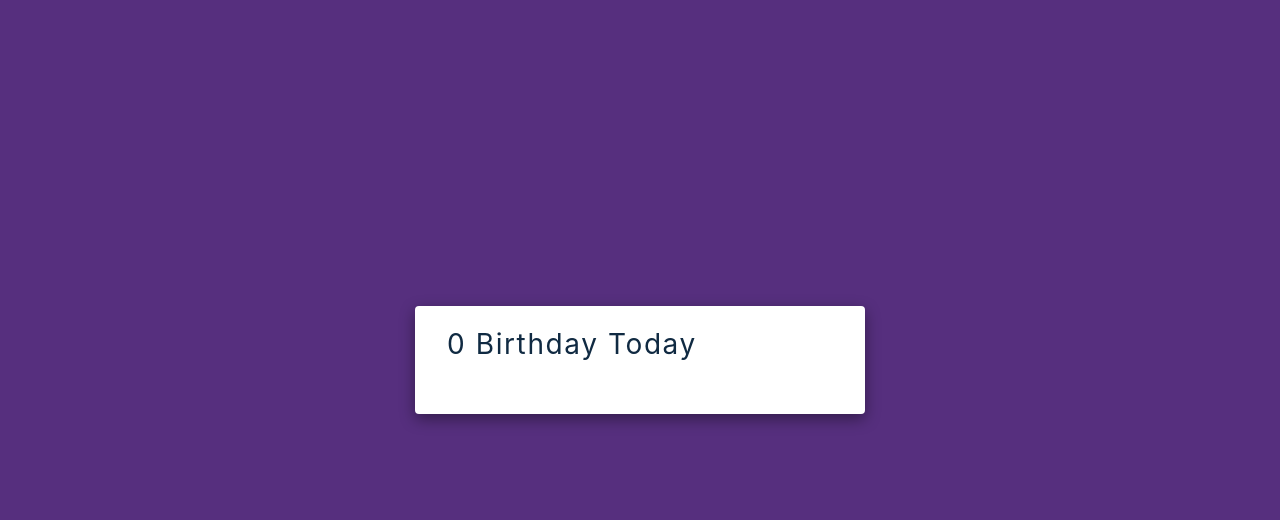
Repository: Chetandev16/Birthday-reminder
Page: /
An editor plug-in stored every save of this project. The page is shown before and after a run of saves, followed by the edit.
The browser window is 1280 px wide. The pictures show the whole page.
The project was rebuilt for these pictures with package versions that can differ from the ones it lists, and the page was loaded fresh each time.

Above is the page before, as saved 2022-01-23 17:45:57.

### src/index.css
/*
===============
Variables
===============
*/

:root {
  /* dark shades of primary color*/
  --clr-primary-1: hsl(162, 61%, 89%);
  --clr-primary-2: hsl(162, 60%, 78%);
  --clr-primary-3: hsl(162, 61%, 67%);
  --clr-primary-4: hsl(162, 61%, 57%);
  /* primary/main color */
  --clr-primary-5: hsl(162, 73%, 46%);
  /* lighter shades of primary color */
  --clr-primary-6: #1aa179;
  --clr-primary-7: #13795b;
  --clr-primary-8: #0d503c;
  --clr-primary-9: #06281e;
  /* darkest grey - used for headings */
  --clr-grey-1: hsl(212, 33%, 89%);
  --clr-grey-2: hsl(210, 31%, 80%);
  --clr-grey-3: hsl(211, 27%, 70%);
  --clr-grey-4: hsl(209, 23%, 60%);
  /* grey used for paragraphs */
  --clr-grey-5: hsl(210, 22%, 49%);
  --clr-grey-6: hsl(209, 28%, 39%);
  --clr-grey-7: hsl(209, 34%, 30%);
  --clr-grey-8: hsl(211, 39%, 23%);
  --clr-grey-9: hsl(209, 61%, 16%);
  --clr-white: #fff;
  --clr-red-dark: hsl(360, 67%, 44%);
  --clr-red-light: hsl(360, 71%, 66%);
  --clr-green-dark: hsl(125, 67%, 44%);
  --clr-green-light: hsl(125, 71%, 66%);
  --clr-black: #222;
  --transition: all 0.3s linear;
  --spacing: 0.1rem;
  --radius: 0.25rem;
  --light-shadow: 0 5px 15px rgba(0, 0, 0, 0.1);
  --dark-shadow: 0 5px 15px rgba(0, 0, 0, 0.4);
  --max-width: 1170px;
  --fixed-width: 450px;
  --clr-pink: #f28ab2;
  --clr-purple: #562f7e;
}
/*
===============
Global Styles
===============
*/

*,
::after,
::before {
  margin: 0;
  padding: 0;
  box-sizing: border-box;
}
body {
  font-family: -apple-system, BlinkMacSystemFont, 'Segoe UI', Roboto, Oxygen,
    Ubuntu, Cantarell, 'Open Sans', 'Helvetica Neue', sans-serif;
  background: var(--clr-purple);
  color: var(--clr-grey-9);
  line-height: 1.5;
  font-size: 0.875rem;
}
ul {
  list-style-type: none;
}
a {
  text-decoration: none;
}
h1,
h2,
h3,
h4 {
  letter-spacing: var(--spacing);
  text-transform: capitalize;
  line-height: 1.25;
  margin-bottom: 0.75rem;
}
h1 {
  font-size: 3rem;
}
h2 {
  font-size: 2rem;
}
h3 {
  font-size: 1.25rem;
}
h4 {
  font-size: 0.875rem;
}
p {
  margin-bottom: 1.25rem;
  color: var(--clr-grey-5);
}
@media screen and (min-width: 800px) {
  h1 {
    font-size: 4rem;
  }
  h2 {
    font-size: 2.5rem;
  }
  h3 {
    font-size: 1.75rem;
  }
  h4 {
    font-size: 1rem;
  }
  body {
    font-size: 1rem;
  }
  h1,
  h2,
  h3,
  h4 {
    line-height: 1;
  }
}
/*  global classes */

/* section */
.section {
  width: 90vw;
  margin: 0 auto;
  max-width: var(--max-width);
}

@media screen and (min-width: 992px) {
  .section {
    width: 95vw;
  }
}

main {
  min-height: 100vh;
  display: flex;
  justify-content: center;
  align-items: center;
}

.container {
  width: 90vw;
  margin: 5rem 0;
  max-width: var(--fixed-width);
  background: var(--clr-white);
  border-radius: var(--radius);
  padding: 1.5rem 2rem;
  box-shadow: var(--dark-shadow);
}
.container h3 {
  font-weight: normal;
  text-transform: none;
  margin-bottom: 2rem;
}
.person {
  display: grid;
  grid-template-columns: auto 1fr;
  column-gap: 0.75rem;
  margin-bottom: 1.5rem;
  align-items: center;
}
.person img {
  width: 75px;
  height: 75px;
  object-fit: cover;
  border-radius: 50%;
  box-shadow: var(--light-shadow);
}
.person h4 {
  margin-bottom: 0.35rem;
}
.person p {
  margin-bottom: 0;
}
.container button {
  color: var(--clr-white);
  display: block;
  width: 100%;
  border-color: transparent;
  background: var(--clr-pink);
  margin: 2rem auto 0 auto;
  text-transform: capitalize;
  font-size: 1.2rem;
  padding: 0.5rem 0;
  letter-spacing: var(--spacing);
  border-radius: var(--radius);
  outline: 1px solid rgba(242, 138, 178, 0.8);
  cursor: pointer;
}

### src/App.js
import React, { useState } from 'react';
import data from './data';
import List from './List';
function App() {
  return <main>
    <section className='container'>
      <h3>0 Birthday Today</h3>
    </section>
  </main>
}

export default App;

### src/data.js
export default [
  {
    id: 1,
    name: 'Bertie Yates',
    age: 29,
    image:
      'https://res.cloudinary.com/diqqf3eq2/image/upload/v1595959131/person-2_ipcjws.jpg',
  },
  {
    id: 2,
    name: 'Hester Hogan',
    age: 32,
    image:
      'https://res.cloudinary.com/diqqf3eq2/image/upload/v1595959131/person-3_rxtqvi.jpg',
  },
  {
    id: 3,
    name: 'Larry Little',
    age: 36,
    image:
      'https://res.cloudinary.com/diqqf3eq2/image/upload/v1586883423/person-4_t9nxjt.jpg',
  },
  {
    id: 4,
    name: 'Sean Walsh',
    age: 34,
    image:
      'https://res.cloudinary.com/diqqf3eq2/image/upload/v1586883417/person-3_ipa0mj.jpg',
  },
  {
    id: 5,
    name: 'Lola Gardner',
    age: 29,
    image:
      'https://res.cloudinary.com/diqqf3eq2/image/upload/v1586883334/person-1_rfzshl.jpg',
  },
];

Loaded but not shown: public/index.html (common file); src/index.js (common file); src/List.js (common file)

After the next 3 saves:
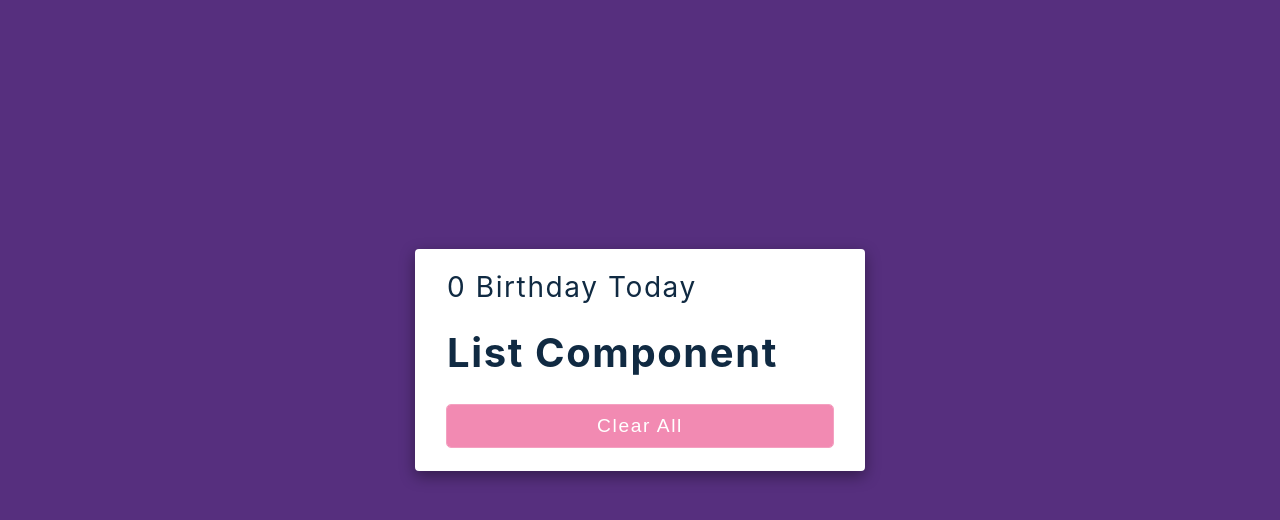
The 3 saves are shown as one change because 1 did not build or start and some came seconds apart.
The last was saved 72 s later.
--- a/src/App.js
+++ b/src/App.js
@@ -1,12 +1,22 @@
-import React, { useState } from 'react';
-import data from './data';
-import List from './List';
+import React, { useState } from "react";
+import data from "./data";
+import List from "./List";
 function App() {
-  return <main>
-    <section className='container'>
-      <h3>0 Birthday Today</h3>
-    </section>
-  </main>
+  return (
+    <main>
+      <section className="container">
+        <h3>0 Birthday Today</h3>
+        <List />
+        <button
+          onClick={() => {
+            console.log("clicked");
+          }}
+        >
+          Clear All
+        </button>
+      </section>
+    </main>
+  );
 }
 
 export default App;
